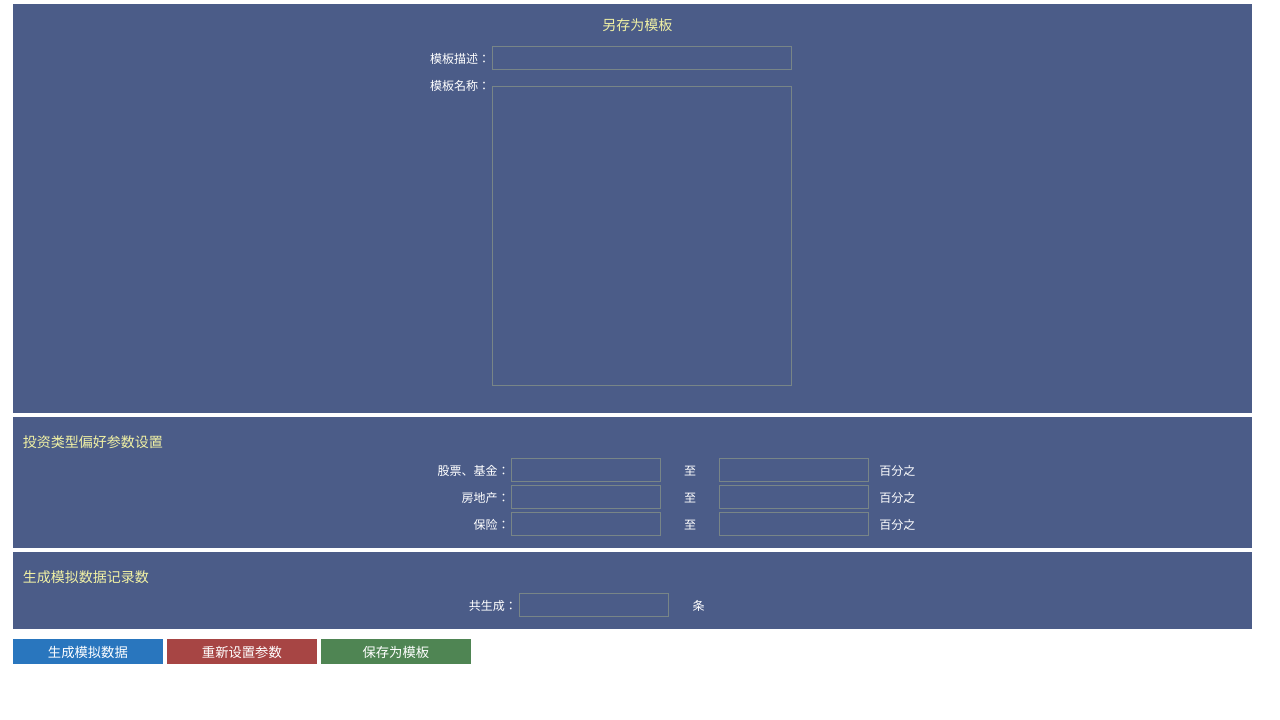
Repository: trieyouth/BigData
Page: http://localhost/BigData/WEB-INF/views/invesr-client-perference-analyse-system/data-collect/saveAsTemplate.jsp
The author's editor kept a copy of each file at every save. The page is drawn from the files as they stood at one save, then again after the next save.
The browser window is 1280 px wide. The pictures show the whole page.
The page is served by Tomcat 9. Nobody is signed in. The template is opened directly, without the code that normally fills it, so the values that code supplies are empty.

Above is the page before, as saved 2016-03-13 03:45:19.

After the next save:
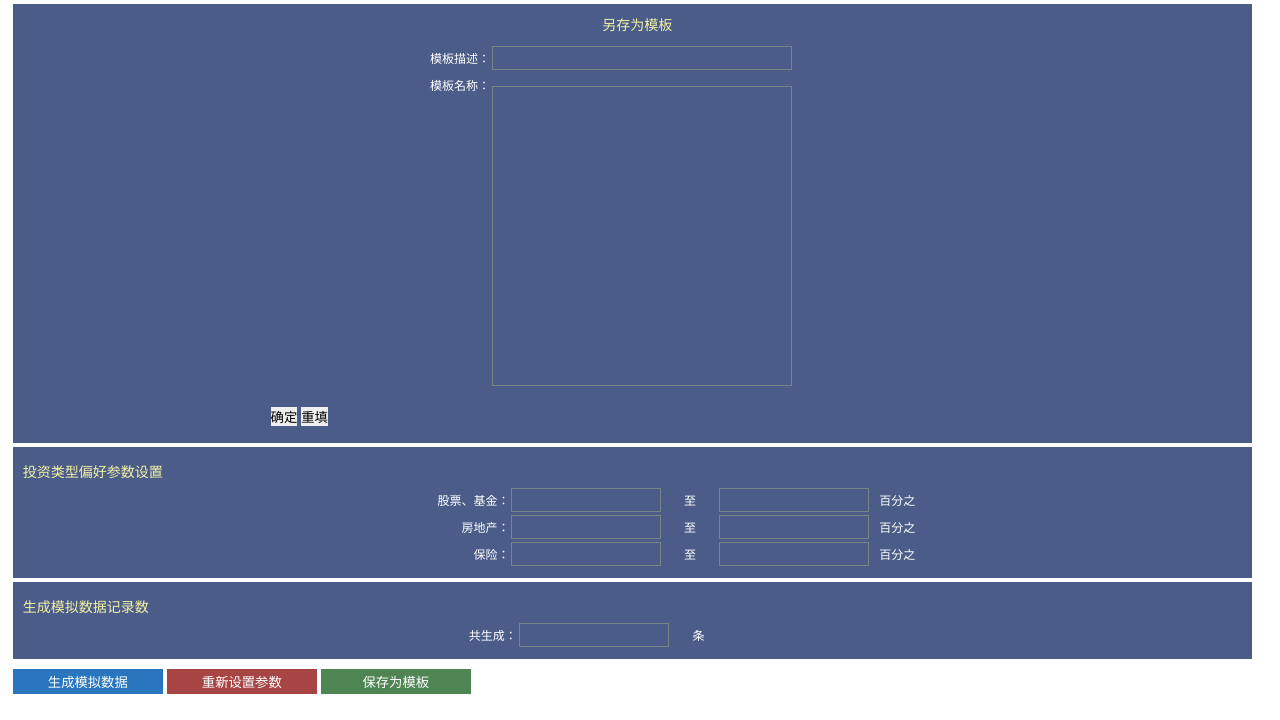
Saved 2 min 24 s later.
--- a/BigData/WebRoot/WEB-INF/views/invesr-client-perference-analyse-system/data-collect/saveAsTemplate.jsp
+++ b/BigData/WebRoot/WEB-INF/views/invesr-client-perference-analyse-system/data-collect/saveAsTemplate.jsp
@@ -59,8 +59,11 @@ String basePath = request.getScheme()+"://"+request.getServerName()+":"+request.
          <td style="height:300px;"></td>
 
       </tr>
-      <tr>
-        <td colspan="2"></td>
+      <tr text-align="center">
+        <td colspan="2" style="height:30px">
+        <input type="submit" value="确定">
+        <input type="reset" value="重填">
+        </td>
       </tr>
     </table>
   </div>
